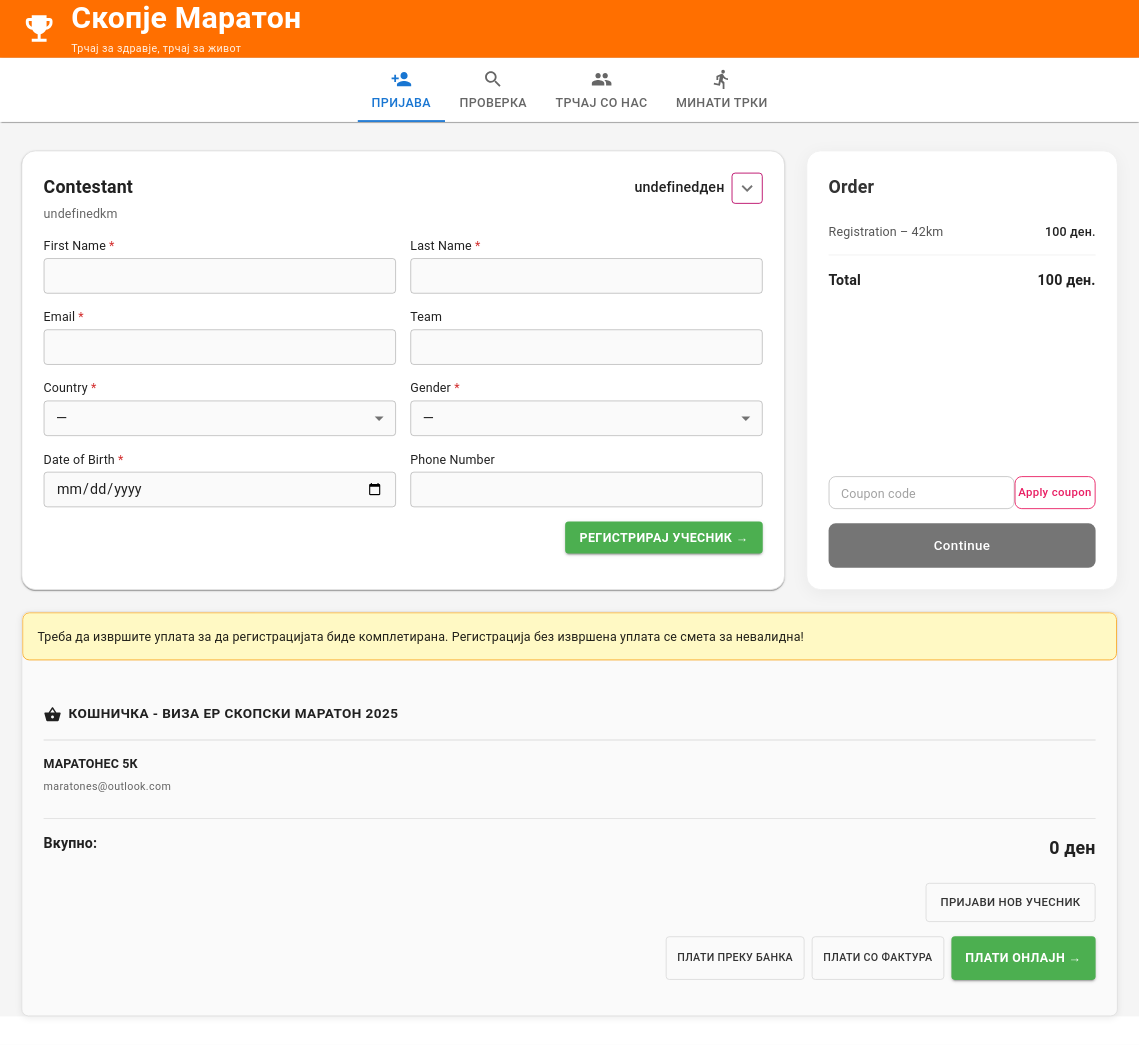
Repository: ilijana123/skopje_marathon_frontend
Page: /register
These files come from the project's save history. The page is drawn as it stood at one moment and after a run of saves; the edit follows.
The browser window is 1280 px wide. The pictures show the whole page, at 89% of full size.
The page's requests for data from a server got no answer. The project was rebuilt for these pictures with package versions that can differ from the ones it lists, and the page was loaded fresh each time. No one was signed in, and anything a server would have sent is missing. Also part of the build but not shown: vite.config.ts, src/components/CheckStatusTab.tsx, src/components/ContestantTab.styles.ts, src/components/ContestantsTab.tsx, src/components/RacesTab.tsx, src/components/PaymentForm.styles.ts, src/components/PaymentForm.tsx.

Above is the page before, as saved 2026-01-16 03:13:14.

After the next 2 saves:
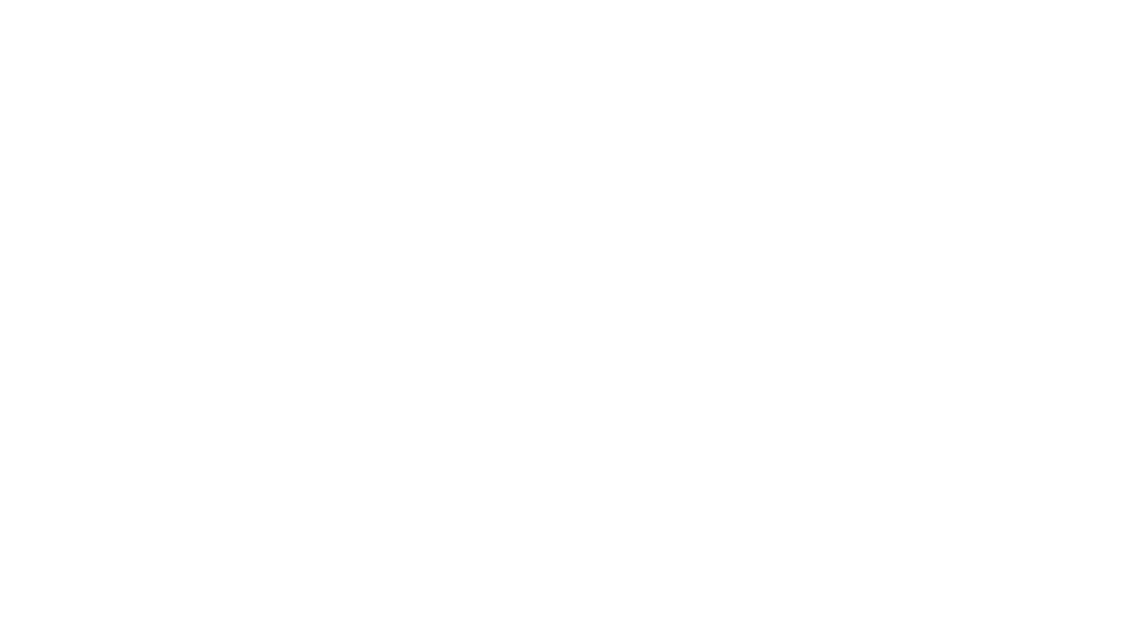
Console error: ReferenceError: RegisterContestantButtonBox is not defined
The 2 saves are shown as one change because they came seconds apart.
The last was saved 39 s later.
--- a/src/components/RegisterTab.tsx
+++ b/src/components/RegisterTab.tsx
@@ -9,9 +9,11 @@
 import { Error, CheckCircle, KeyboardArrowDown, Delete } from '@mui/icons-material';
 import { Category, FormData } from '../types';
 import { fetchCategoriesWithErrorHandling } from '../services/categoryService';
+import { calculateAge, validateForm } from '../services/registrationService';
 import { useEffect, useState } from 'react';
 import {
   FormCard,
+  CardContentWrapper,
   HeaderBox,
   ContestantTitle,
   DistanceText,
@@ -28,8 +30,6 @@
   RemoveButton,
   CategoryMenuItemBox,
   CategoryTypeText,
-  RegisterContestantButton,
-  RegisterContestantButtonBox,
 } from './RegisterTab.styles';
 
 interface RegisterTabProps {

After the 4 saves that followed:
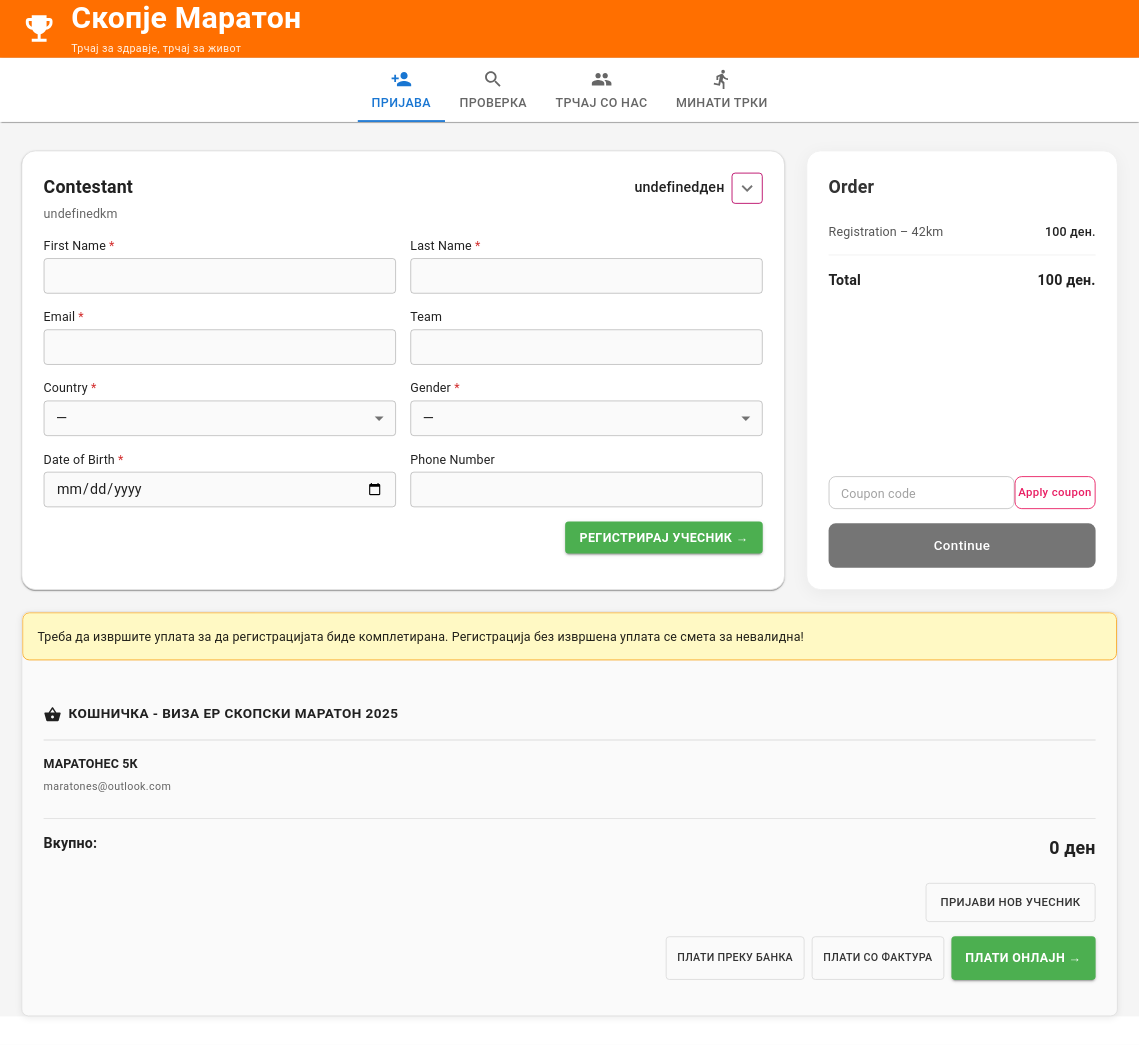
The error is gone.
The 4 saves are shown as one change because 1 left the picture as it was and some came seconds apart.
The last was saved 45 s later.
--- a/src/components/RegisterTab.tsx
+++ b/src/components/RegisterTab.tsx
@@ -9,7 +9,7 @@
 import { Error, CheckCircle, KeyboardArrowDown, Delete } from '@mui/icons-material';
 import { Category, FormData } from '../types';
 import { fetchCategoriesWithErrorHandling } from '../services/categoryService';
-import { calculateAge, validateForm } from '../services/registrationService';
+import { calculateAge, validateForm } from '../services/contestantService';
 import { useEffect, useState } from 'react';
 import {
   FormCard,
@@ -30,6 +30,8 @@
   RemoveButton,
   CategoryMenuItemBox,
   CategoryTypeText,
+  RegisterContestantButton,
+  RegisterContestantButtonBox,
 } from './RegisterTab.styles';
 
 interface RegisterTabProps {
